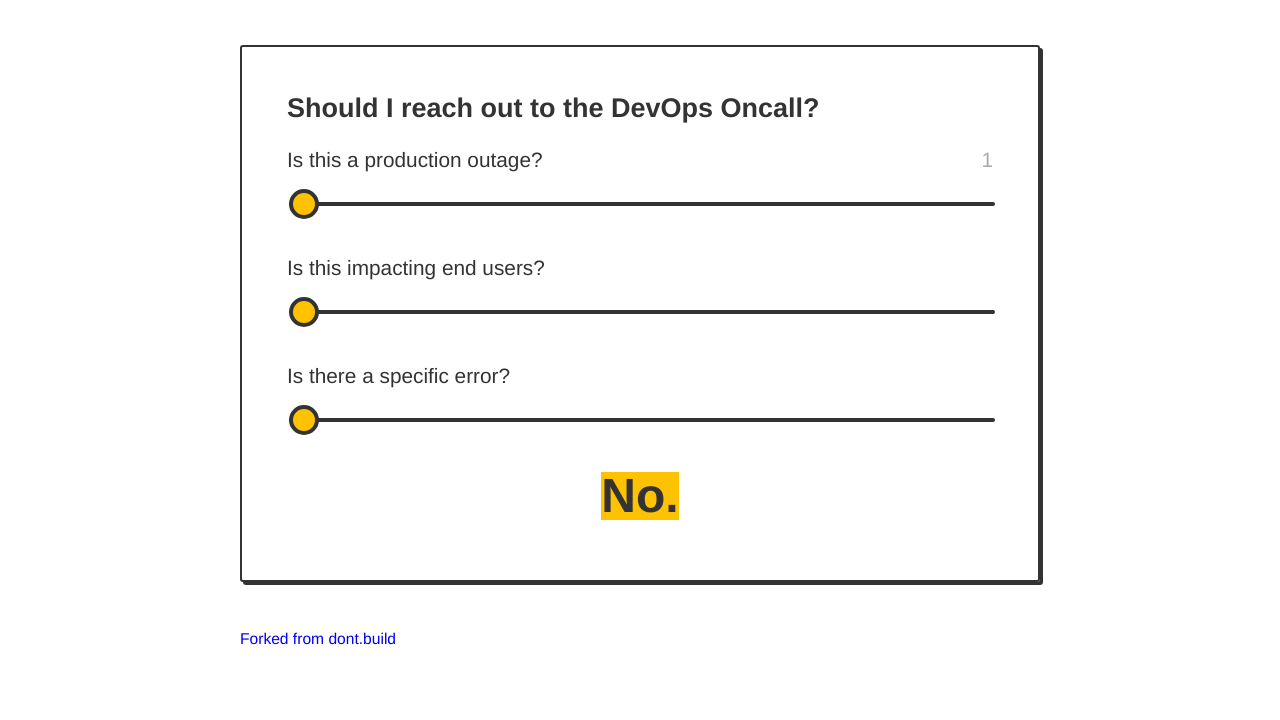
Repository: harishbsrinivas/dont.call
Page: index.html
An editor plug-in stored every save of this project. The page is shown before and after the next save, followed by the edit.
The browser window is 1280 px wide. The pictures show the whole page.

Above is the page before, as saved 2022-12-04 11:27:31.
Console error: TypeError: Cannot set properties of null (setting 'value')

### index.html
<!DOCTYPE html>
<html lang="en-US">

<head>
    <meta charset="utf-8" />
    <title>Should I reach out to the DevOps oncall?</title>
    <meta name="description"
        content="A simple, opinionated decision system to help decide whether to reach out to the Devops oncall?" />
    <link rel="shortcut icon" href="https://dont.build/favicon.png" />
    <meta property="og:image" content="https://dont.build/thumb.png">
    <meta name="viewport" content="width=device-width, initial-scale=1" />
    <link href="style.css?v=2" rel="stylesheet" type="text/css" />
</head>

<body>

    <div class="container">
        <section class="box">
            <h1 class="title">Should I reach out to the DevOps Oncall?</h1>
            <br />
            <form class="form">
                <fieldset class="p-outage">
                    <span class="value"></span>
                    <label>Is this a production outage?</label>
                    <input type="range" min="1" max="2" step="1" value="1" />
                </fieldset>
                <fieldset class="p-impact">
                    <span class="value"></span>
                    <label>Is this impacting end users?</label>
                    <input type="range" min="1" max="3" step="1" value="1" />
                </fieldset>
                <fieldset class="p-error">
                    <span class="value"></span>
                    <label>Is there a specific error?</label>
                    <input type="range" min="1" max="2" step="1" value="1" />
                </fieldset>
            </form>
            <h1 class="answer">
                <span><span class="bool"></span><span class="percent"></span></span>
            </h1>
        </section>

        <noscript>
            <h1>This page requires Javascript to function.</h1>
        </noscript>

        <footer><a href="https://github.com/knadh/dont.build">Forked from dont.build</a>
        </footer>
    </div>


    <script>
        (function () {
            const params = [
                { weight: 1, value: 1, negative: false, name: 'p-outage', },
                { weight: 2, value: 1, negative: false, name: 'p-imapct', },
                { weight: 1, value: 1, negative: false, name: 'p-error', },
                { weight: 0.5, value: 0.5, negative: false, name: 'p-peers', },
            ]

            params.forEach((p, n) => {
                let net = 0;
                const inp = document.querySelector(`.${p.name} input`);

                inp.value = p.value;
                inp.oninput = (e) => {
                    const val = parseFloat(e.target.value, 64);
                    document.querySelector(`.${p.name} .value`).innerText = val;
                    p.value = val;

                    // Sum all weighted params.
                    const sum = params.reduce((prev, pm) => {
                        let v = pm.value;
                        if (pm.negative) {
                            v = 10 - v;
                        }

                        return prev + (v / 10 * pm.weight);
                    }, 0);

                    // Display the results.
                    // document.querySelector(".answer .percent").innerText = `${(sum * 100).toFixed(0)}%`;

                    let b = 'Yes';
                    if (sum < 0.5 && sum > 0.46) {
                        b = `No, but a close call.`;
                    } else if (sum < 0.48) {
                        b = `No.`;
                    } else if (sum > 0.5 && sum < 0.54) {
                        b = `Yes, but a close call.`;
                    } else if (sum === 0.5) {
                        b = '50-50. Go with the gut.';
                    }
                    document.querySelector(".answer .bool").innerText = b;
                };

                inp.dispatchEvent(new Event('input'));
            });
        })();
    </script>

</body>

</html>

### style.css
:root {
    --primary: #ffc200;
    --secondary: #333;
}

* {
    box-sizing: border-box;
}

html, body {
    margin: 0;
}

body {
    font-family: 'Helvetica Neue', 'Segoe UI', Arial, sans-serif;
    font-size: 18px;
    line-height: 24px;
    color: var(--secondary);
    height: 100%;
    margin: 0;
    padding: 0;
}

h1, h2, h3 {
  line-height: 2rem;
}

a {
    text-decoration: none;
}

p {
  color: #666;
}

fieldset {
  padding: 0;
  margin: 0;
  border: 0;
}

input[type="range"] {
  -webkit-appearance: none;
  width: 100%;
  height: 4px;
  background: var(--secondary);
  border-radius: 3px;
}

input[type="range"]::-webkit-slider-thumb {
  -webkit-appearance: none;
  background: var(--primary);
  height: 30px;
  width: 30px;
  border-radius: 50%;
  cursor: pointer;
  border: 4px solid var(--secondary);
}

input[type="range"]::-moz-range-thumb {
  background: var(--primary);
  border-radius: 100%;
  height: 20px;
  width: 20px;
  cursor: pointer;
  border: 4px solid var(--secondary);
}

input[type=range]::-webkit-slider-runnable-track  {
  -webkit-appearance: none;
  box-shadow: none;
  border: none;
  background: transparent;
}


button {
    background: var(--primary);
    cursor: pointer;
    border-color: #000;
    padding: 10px 30px;
}
    button:hover {
        background: #aaa;
    }

.container {
    max-width: 800px;
    margin: 45px auto 30px auto;
}
.box {
    padding: 30px 45px;
    border: 1px solid #ddd;
    border-radius: 3px;
    border: 2px solid var(--secondary);
    box-shadow: 3px 3px 0px var(--secondary);
    margin-bottom: 45px;
}

.container .title {
  margin: 15px 0 0px 0;
}

.help {
  margin-top: 5px;
}

.form {
  clear: both;
}
.form fieldset {
  font-size: 1.3rem;
  margin-bottom: 45px;
}
  .form label {
    display: block;
    margin-bottom: 15px;
  }
  .form .value, .help {
    float: right;
    color: #aaa;
  }

.answer {
  text-align: center;
  margin: 30px 0;
  font-size: 3rem;
  line-height: 3rem;
}
  .answer span {
    display: inline-block;
    background: var(--primary);
  }

footer {
  margin: 30px auto;
  color: #999;
  font-size: 0.975rem;
}

@media (max-width: 800px) {
  .container {
    max-width: none;
    margin: 20px 30px 20px 20px;
    padding: 0;
  }
  .box {
    padding: 0;
    border: 0;
    box-shadow: none;
  }
  .help {
    float: none;
  }
  .form label {
    float: left;
    max-width: 90%;
  }
}


@media (max-width: 400px) {
  .form label {
    max-width: 70%;
  }
}

After the next save:
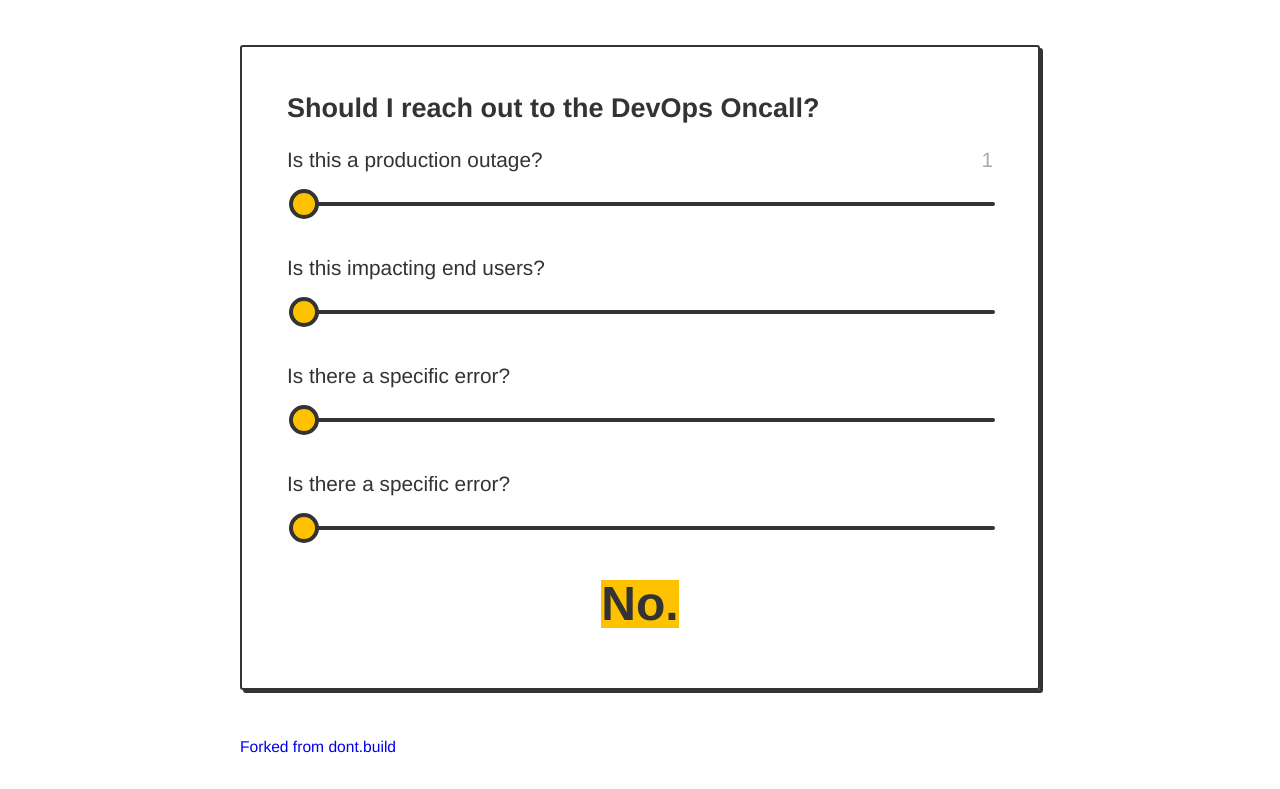
Saved 9 s later.
--- a/index.html
+++ b/index.html
@@ -28,6 +28,11 @@
                     <span class="value"></span>
                     <label>Is this impacting end users?</label>
                     <input type="range" min="1" max="3" step="1" value="1" />
+                </fieldset>
+                <fieldset class="p-error">
+                    <span class="value"></span>
+                    <label>Is there a specific error?</label>
+                    <input type="range" min="1" max="2" step="1" value="1" />
                 </fieldset>
                 <fieldset class="p-error">
                     <span class="value"></span>
